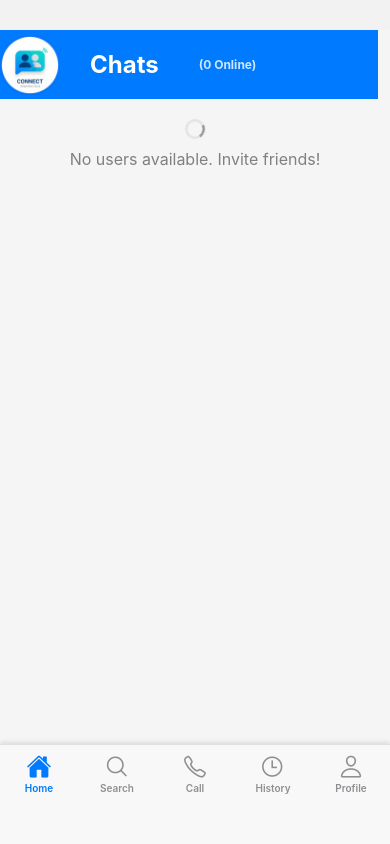
Repository: UdayRaj04/Chatapp_native
Screen: /MainTabs (app in ChatAppFrontend/)
These files come from the project's save history. The screen is drawn as it stood at one moment and after a run of saves; the edit follows.
The app was drawn by React Native's web renderer in a window 390 px wide. The project was rebuilt for these pictures with package versions that can differ from the ones it lists, and the page was loaded fresh each time. Some packages were replaced by stand-ins written for this rebuild. Also part of the build but not shown: ChatAppFrontend/screens/RegisterScreen.tsx, ChatAppFrontend/screens/ChatScreen.tsx, ChatAppFrontend/screens/SearchScreen.tsx, ChatAppFrontend/screens/AnalyticsScreen.tsx, ChatAppFrontend/screens/HistoryScreen.tsx, ChatAppFrontend/screens/ProfileScreen.tsx.

Above is the screen before, as saved 2025-09-09 17:56:58.

### ChatAppFrontend/App.tsx
import 'react-native-get-random-values';  // Polyfill first
import React from 'react';
import { NavigationContainer } from '@react-navigation/native';
import { createStackNavigator } from '@react-navigation/stack';
import { createBottomTabNavigator } from '@react-navigation/bottom-tabs';
import { Ionicons } from '@expo/vector-icons';
import { LogBox, View } from 'react-native';
import { SafeAreaProvider } from 'react-native-safe-area-context';  // New: For dynamic insets

// Suppress warnings
LogBox.ignoreLogs([
  'Text strings must be rendered within a <Text> component',
  'VirtualizedList: You have a large list that is slow to initial render',
  'Require cycle:',
  /Warning: [A-Za-z ]*Text strings[A-Za-z ]*/,
]);

// Your existing screens
import LoginScreen from './screens/LoginScreen';
import RegisterScreen from './screens/RegisterScreen';
import ChatListScreen from './screens/ChatListScreen';
import ChatScreen from './screens/ChatScreen';

// Placeholder screens (ensure they exist)
import SearchScreen from './screens/SearchScreen';
import AnalyticsScreen from './screens/AnalyticsScreen';
import HistoryScreen from './screens/HistoryScreen';
import ProfileScreen from './screens/ProfileScreen';

const Stack = createStackNavigator();
const Tab = createBottomTabNavigator();

// Main Tab Navigator (enhanced with safe area for no overlap)
function MainTabs() {
  return (
    <Tab.Navigator
      screenOptions={({ route }) => ({
        tabBarIcon: ({ focused, color, size }) => {
          let iconName: keyof typeof Ionicons.glyphMap;

          if (route.name === 'Chats') {
            iconName = focused ? 'home' : 'home-outline';
          } else if (route.name === 'Search') {
            iconName = focused ? 'search' : 'search-outline';
          } else if (route.name === 'Call') {
            iconName = focused ? 'call' : 'call-outline';
          } else if (route.name === 'History') {
            iconName = focused ? 'time' : 'time-outline';
          } else {
            iconName = focused ? 'person' : 'person-outline';
          }

          return <Ionicons name={iconName} size={size} color={color} />;
        },
        tabBarActiveTintColor: '#007AFF',
        tabBarInactiveTintColor: '#8e8e93',
        tabBarStyle: {
          backgroundColor: '#f8f8f8',
          borderTopWidth: 0.5,
          borderTopColor: '#e0e0e0',
          elevation: 8,
          shadowColor: '#000',
          shadowOffset: { width: 0, height: -2 },
          shadowOpacity: 0.1,
          shadowRadius: 4,
          height: 100,  // Increased: Taller tab bar (60 was too tight; 70 + labels)
          paddingBottom: 50,  // Reduced top padding for balance
          paddingTop: 5,
          position: 'absolute',  // Explicit: Ensures absolute positioning
          bottom: 0,  // Pin to bottom
          left: 0,
          right: 0,
          marginBottom: 0,  // No extra margin
        },
        tabBarLabelStyle: {
          fontSize: 10,
          fontWeight: '600',
          marginBottom: 0,  // Tight labels
        },
        headerShown: false,
        lazy: true,
        // New: Apply safe area padding to tab screens (prevents overlap)
        cardStyle: { paddingBottom: 0 },  // No extra card padding
      })}
    >
      <Tab.Screen name="Chats" component={ChatListScreen} options={{ title: 'Home' }} />
      <Tab.Screen name="Search" component={SearchScreen} options={{ title: 'Search' }} />
      <Tab.Screen name="Call" component={AnalyticsScreen} options={{ title: 'Call' }} />
      <Tab.Screen name="History" component={HistoryScreen} options={{ title: 'History' }} />
      <Tab.Screen name="Profile" component={ProfileScreen} options={{ title: 'Profile' }} />
    </Tab.Navigator>
  );
}

// Main App - Wrapped in SafeAreaProvider
export default function App() {
  return (
    <SafeAreaProvider>  {/* New: Enables useSafeAreaInsets() */}
      <View style={{ flex: 1 }}>
        <NavigationContainer>
          <Stack.Navigator
            initialRouteName="Login"
            screenOptions={{
              headerShown: false,
              cardStyle: { backgroundColor: '#f5f5f5' },
            }}
          >
            <Stack.Screen name="Login" component={LoginScreen} />
            <Stack.Screen name="Register" component={RegisterScreen} />
            <Stack.Screen name="MainTabs" component={MainTabs} />
            <Stack.Screen
              name="Chat"
              component={ChatScreen}
              options={{
                headerShown: true,
                headerTitle: 'Chat',
                headerStyle: { backgroundColor: '#007AFF' },
                headerTintColor: '#fff',
                presentation: 'modal',
                // Hide tabs in chat to avoid overlap
                tabBarStyle: { display: 'none' },
              }}
            />
          </Stack.Navigator>
        </NavigationContainer>
      </View>
    </SafeAreaProvider>
  );
}

### ChatAppFrontend/screens/LoginScreen.tsx
import React, { useState } from 'react';
import {
  View,
  TextInput,
  TouchableOpacity,
  Text,
  StyleSheet,
  Alert,
  ActivityIndicator,
  KeyboardAvoidingView,
  Platform,
  Image,  // New: For logo
} from 'react-native';
import { Ionicons } from '@expo/vector-icons';  // For input icons
import { useSafeAreaInsets } from 'react-native-safe-area-context';  // For insets (provider in App.tsx)
import { useNavigation } from '@react-navigation/native';  // For navigation
import AsyncStorage from '@react-native-async-storage/async-storage';
import axios, { AxiosError } from 'axios';

const API_BASE = 'http://192.168.29.93:5000/api';

interface LoginResponse {
  token: string;
  user: {
    id?: string;
    _id?: string;
    username: string;
    email: string;
  };
}

export default function LoginScreen() {
  const [email, setEmail] = useState<string>('');
  const [password, setPassword] = useState<string>('');
  const [loading, setLoading] = useState<boolean>(false);
  const [emailError, setEmailError] = useState<string>('');
  const [passwordError, setPasswordError] = useState<string>('');
  const navigation = useNavigation<any>();
  const insets = useSafeAreaInsets();  // Use insets from root provider

  const validateEmail = (email: string): boolean => {
    const emailRegex = /^[^\s@]+@[^\s@]+\.[^\s@]+$/;
    if (!email) {
      setEmailError('Email is required');
      return false;
    }
    if (!emailRegex.test(email)) {
      setEmailError('Invalid email format');
      return false;
    }
    setEmailError('');
    return true;
  };

  const validatePassword = (password: string): boolean => {
    if (!password) {
      setPasswordError('Password is required');
      return false;
    }
    if (password.length < 6) {
      setPasswordError('Password must be at least 6 characters');
      return false;
    }
    setPasswordError('');
    return true;
  };

  const handleLogin = async (): Promise<void> => {
    if (!validateEmail(email) || !validatePassword(password)) return;

    setLoading(true);
    try {
      const response = await axios.post<LoginResponse>(`${API_BASE}/auth/login`, {
        email,
        password,
      });
      await AsyncStorage.setItem('token', response.data.token);
      await AsyncStorage.setItem('user', JSON.stringify(response.data.user));
      navigation.replace('MainTabs');  // Navigate to tabs on success
    } catch (err) {
      const error = err as AxiosError;
      Alert.alert('Login Failed', error.response?.data?.error || 'Invalid credentials');
    } finally {
      setLoading(false);
    }
  };

  return (
    <KeyboardAvoidingView
      style={[styles.container, { paddingTop: insets.top }]}
      behavior={Platform.OS === 'ios' ? 'padding' : 'height'}
      enabled={true}
    >
      {/* Title with Logo */}
      <View style={styles.titleContainer}>
        {/* New: Bigger Logo */}
        <Image
          source={require('../assets/logos.png')}  // Adjust path if needed (e.g., '../../assets/logo.png')
          style={styles.logo}
          resizeMode="contain"
        />
        <Text style={styles.title}>Seamless Chat</Text>
        <Text style={styles.subtitle}>Welcome back! Sign in to continue</Text>
      </View>

      {/* Form */}
      <View style={styles.formContainer}>
        {/* Email Input */}
        <View style={styles.inputContainer}>
          <Ionicons name="mail" size={24} color="#999" style={styles.inputIcon} />
          <TextInput
            style={[styles.input, emailError ? styles.inputError : null]}
            value={email}
            onChangeText={(text) => {
              setEmail(text);
              if (emailError) validateEmail(text);
            }}
            placeholder="Email"
            keyboardType="email-address"
            autoCapitalize="none"
            onBlur={() => validateEmail(email)}
          />
        </View>
        {emailError ? <Text style={styles.errorText}>{emailError}</Text> : null}

        {/* Password Input */}
        <View style={styles.inputContainer}>
          <Ionicons name="lock-closed" size={24} color="#999" style={styles.inputIcon} />
          <TextInput
            style={[styles.input, passwordError ? styles.inputError : null]}
            value={password}
            onChangeText={(text) => {
              setPassword(text);
              if (passwordError) validatePassword(text);
            }}
            placeholder="Password"
            secureTextEntry={true}
            onBlur={() => validatePassword(password)}
          />
        </View>
        {passwordError ? <Text style={styles.errorText}>{passwordError}</Text> : null}

        {/* Login Button */}
        <TouchableOpacity
          style={[styles.button, loading ? styles.buttonDisabled : null]}
          onPress={handleLogin}
          disabled={loading}
          activeOpacity={0.7}
        >
          {loading ? (
            <ActivityIndicator size="small" color="#fff" />
          ) : (
            <Text style={styles.buttonText}>Login</Text>
          )}
        </TouchableOpacity>

        {/* Register Link */}
        <TouchableOpacity
          style={styles.linkContainer}
          onPress={() => navigation.navigate('Register')}
        >
          <Text style={styles.linkText}>Don't have an account? Register</Text>
        </TouchableOpacity>
      </View>
    </KeyboardAvoidingView>
  );
}

const styles = StyleSheet.create({
  container: {
    flex: 1,
    backgroundColor: '#f5f5f5',
    justifyContent: 'center',
    alignItems: 'center',
  },
  titleContainer: {
    alignItems: 'center',
    marginBottom: 50,  // Increased: More space after logo/title to form
  },
  // New: Logo Style (Bigger, Centered)
  logo: {
    width: 120,  // Bigger size - adjust as needed (e.g., 100 for smaller)
    height: 120,
    marginBottom: 20,  // Space between logo and title
    alignSelf: 'center',
  },
  title: {
    fontSize: 32,
    fontWeight: 'bold',
    color: '#333',
    marginBottom: 5,
  },
  subtitle: {
    fontSize: 16,
    color: '#666',
    textAlign: 'center',
  },
  formContainer: {
    width: '85%',  // Responsive width
    alignItems: 'center',
  },
  inputContainer: {
    flexDirection: 'row',
    alignItems: 'center',
    backgroundColor: '#fff',
    borderRadius: 10,
    marginBottom: 15,
    paddingHorizontal: 15,
    elevation: 2,
    shadowColor: '#000',
    shadowOffset: { width: 0, height: 1 },
    shadowOpacity: 0.1,
    shadowRadius: 2,
    width: '100%',
  },
  inputIcon: {
    marginRight: 10,
  },
  input: {
    flex: 1,
    paddingVertical: 12,
    fontSize: 16,
    color: '#333',
  },
  inputError: {
    borderWidth: 1,
    borderColor: '#ff6b6b',
  },
  errorText: {
    color: '#ff6b6b',
    fontSize: 12,
    marginBottom: 10,
    alignSelf: 'flex-start',
  },
  button: {
    backgroundColor: '#007AFF',
    borderRadius: 10,
    paddingVertical: 15,
    width: '100%',
    alignItems: 'center',
    marginTop: 10,
    elevation: 2,
    shadowColor: '#007AFF',
    shadowOffset: { width: 0, height: 2 },
    shadowOpacity: 0.2,
    shadowRadius: 4,
  },
  buttonDisabled: {
    backgroundColor: '#ccc',
  },
  buttonText: {
    color: '#fff',
    fontSize: 18,
    fontWeight: 'bold',
  },
  linkContainer: {
    marginTop: 20,
    alignItems: 'center',
  },
  linkText: {
    color: '#007AFF',
    fontSize: 16,
    textDecorationLine: 'underline',
  },
});

### ChatAppFrontend/screens/ChatListScreen.tsx
import React, { useState, useEffect } from 'react';
import {
  View,
  FlatList,
  Text,
  TouchableOpacity,
  StyleSheet,
  Alert,
  ActivityIndicator,
  Image,
} from 'react-native';
import { Ionicons } from '@expo/vector-icons';  // New: For user icons (person-circle)
import { useSafeAreaInsets } from 'react-native-safe-area-context';  // From previous (for padding)
import AsyncStorage from '@react-native-async-storage/async-storage';
import axios, { AxiosError } from 'axios';
import io, { Socket } from 'socket.io-client';

const API_BASE = 'http://192.168.29.93:5000/api';

interface User {
  _id: string;
  id?: string;
  username: string;
  email: string;
}

export default function ChatListScreen({ navigation }: { navigation: any }) {
  const [users, setUsers] = useState<User[]>([]);
  const [loading, setLoading] = useState<boolean>(true);
  const [currentUser, setCurrentUser] = useState<User | null>(null);
  const [socket, setSocket] = useState<Socket | null>(null);
  const [onlineUsers, setOnlineUsers] = useState<Set<string>>(new Set());

  // Safe area for dynamic padding (from previous)
  const insets = useSafeAreaInsets();
  const bottomPadding = Math.max(120, insets.bottom + 70);

  useEffect(() => {
    loadUser();
    fetchUsers();

    const initSocket = async () => {
      const token = await AsyncStorage.getItem('token');
      if (token) {
        const newSocket = io(API_BASE.replace('/api', ''), {
          auth: { token },
        });
        setSocket(newSocket);
        newSocket.on('connect_error', () => Alert.alert('Socket Error', 'Connection failed'));

        newSocket.on('userOnline', (data) => {
          console.log('User online:', data.userId);
          setOnlineUsers((prev) => new Set([...prev, data.userId]));
        });

        newSocket.on('userOffline', (data) => {
          console.log('User offline:', data.userId);
          setOnlineUsers((prev) => {
            const newSet = new Set(prev);
            newSet.delete(data.userId);
            return newSet;
          });
        });

        newSocket.on('onlineUsersList', (data) => {
          console.log('Initial online users:', data.onlineUsers);
          setOnlineUsers(new Set(data.onlineUsers));
        });

        newSocket.on('connect', () => {
          console.log('Socket connected - requesting online users');
          newSocket.emit('getOnlineUsers');
        });
      }
    };
    initSocket();

    return () => {
      socket?.disconnect();
    };
  }, []);

  const loadUser = async (): Promise<void> => {
    const userStr = await AsyncStorage.getItem('user');
    if (userStr) {
      setCurrentUser(JSON.parse(userStr));
    }
    setLoading(false);
  };

  const fetchUsers = async (): Promise<void> => {
    const token = await AsyncStorage.getItem('token');
    if (!token) return;
    try {
      const response = await axios.get<User[]>(`${API_BASE}/users`, {
        headers: { Authorization: `Bearer ${token}` },
      });
      const validUsers = response.data.filter(u =>
        u && u.username && (u._id || u.id) && typeof u.username === 'string'
      );
      setUsers(validUsers);
    } catch (err) {
      const error = err as AxiosError;
      Alert.alert('Error', error.response?.data?.error || 'Failed to load users');
    }
  };

  const startChat = (otherUser: User): void => {
    const userId = otherUser.id || otherUser._id;
    console.log('Starting chat with userId:', userId);
    if (!userId) {
      Alert.alert('Error', 'Invalid user data');
      return;
    }
    navigation.navigate('Chat', {
      otherUserId: userId,
      otherUserName: otherUser.username,
    });
  };

  const renderUser = ({ item }: { item: User }): JSX.Element => {
    if (!item || !item.username || !(item._id || item.id)) {
      return (
        <View style={styles.userItem}>
          <View style={styles.userContent}>
            <Text style={styles.username}>Invalid user entry</Text>
          </View>
        </View>
      );
    }
    const userId = item.id || item._id;
    const isOnline = onlineUsers.has(userId);
    const userIdShort = userId.substring(0, 8) + '...';
    return (
      <TouchableOpacity onPress={() => startChat(item)} style={styles.userItem} activeOpacity={0.7}>
        <View style={styles.userContent}>
          {/* New: User icon on left */}
          <View style={styles.iconContainer}>
            <Ionicons
              name="person-circle"
              size={50}
              color={isOnline ? '#007AFF' : '#ccc'}  // Green for online, gray for offline
            />
            {/* Optional: Small online dot (green circle below icon) */}
            {isOnline && (
              <View style={styles.onlineDot} />
            )}
          </View>
          {/* Text content on right */}
          <View style={styles.textContent}>
            <Text style={styles.username}>{item.username}</Text>
            {isOnline && <Text style={styles.onlineBadge}>Online</Text>}
            <Text style={styles.idText}>{"(ID: " + userIdShort + ")"}</Text>
          </View>
        </View>
      </TouchableOpacity>
    );
  };

  const renderEmpty = (): JSX.Element => (
    <View style={[styles.emptyContainer, { paddingBottom: bottomPadding }]}>
      <ActivityIndicator size="small" color="#999" />
      <Text style={styles.emptyText}>No users available. Invite friends!</Text>
    </View>
  );

  if (loading) {
    return (
      <View style={styles.loadingContainer}>
        <ActivityIndicator size="large" color="#0000ff" />
        <Text style={styles.loadingText}>Loading chats...</Text>
      </View>
    );
  }

  return (
    <View style={styles.container}>
      <View style={{
  flexDirection: 'row',       // 👈 Arrange items in a row
  alignItems: 'center',       // 👈 Vertically center icon & text
  marginRight: 12,
  backgroundColor: '#007AFF',
}}>
  <Image
    source={require('../assets/logos.png')}
    style={{ height: 60, width: 60, marginRight: 10 }}  // 👈 space between logo & text
  />
  <Text style={styles.title}>
    Chats
  </Text>
  <Text style={styles.title1}>
    ({onlineUsers.size} Online)
  </Text>
</View>
      <FlatList
        data={users}
        keyExtractor={(item, index) => (item._id || item.id || index.toString())}
        renderItem={renderUser}
        ListEmptyComponent={renderEmpty}
        contentContainerStyle={[styles.listContent, { paddingBottom: bottomPadding }]}
        style={{ flex: 1 }}
        keyboardShouldPersistTaps="handled"
        bounces={true}
        showsVerticalScrollIndicator={true}
        initialNumToRender={10}
        maxToRenderPerBatch={5}
        windowSize={10}
        removeClippedSubviews={true}
        extraData={users}
        getItemLayout={(data, index) => ({ length: 70, offset: 70 * index, index })}
      />
    </View>
  );
}

const styles = StyleSheet.create({
  container: {
    marginTop: 30,
    flex: 1,
    backgroundColor: '#f5f5f5',
  },
  title: {
    fontSize: 24,
    fontWeight: 'bold',
    padding: 20,
    color: '#ffffffff',
    textAlign: 'center',



  },
  title1: {
    fontSize: 12,
    fontWeight: 'bold',
    padding: 20,
    color: '#ffffffce',
    textAlign: 'center',

  },
  loadingContainer: {
    flex: 1,
    justifyContent: 'center',
    alignItems: 'center',
  },
  loadingText: {
    marginTop: 10,
    fontSize: 16,
    color: '#666',
  },
  listContent: {
    paddingHorizontal: 10,
  },
  userItem: {
    backgroundColor: '#fff',
    marginVertical: 5,
    marginHorizontal: 10,
    borderRadius: 10,
    padding: 15,
    elevation: 2,
    shadowColor: '#000',
    shadowOffset: { width: 0, height: 1 },
    shadowOpacity: 0.2,
    shadowRadius: 1.41,
    // New: Taller for icon row
    minHeight: 70,
  },
  userContent: {
    flex: 1,
    flexDirection: 'row',  // New: Row for icon + text
    alignItems: 'center',  // New: Vertical center
  },
  // New: Icon container (left side)
  iconContainer: {
    marginRight: 15,  // Space between icon and text
    position: 'relative',  // For online dot positioning
  },
  // New: Text content wrapper (right side)
  textContent: {
    flex: 1,  // Take remaining space
    flexDirection: 'column',  // Stack username, badge, ID
    justifyContent: 'flex-start',
  },
  username: {
    fontSize: 18,
    fontWeight: 'bold',
    marginBottom: 2,  // Small space before badge/ID
  },
  onlineBadge: {
    fontSize: 12,
    color: '#007AFF',
    fontWeight: 'bold',
    marginBottom: 2,
  },
  idText: {
    fontSize: 12,
    color: 'gray',
  },
  // New: Online status dot (small green circle under icon)
  onlineDot: {
    position: 'absolute',
    bottom: 0,
    right: 0,
    width: 12,
    height: 12,
    borderRadius: 6,
    backgroundColor: '#007AFF',
    borderWidth: 2,
    borderColor: '#fff',  // White border for visibility
  },
  emptyContainer: {
    justifyContent: 'center',
    alignItems: 'center',
    padding: 20,
  },
  emptyText: {
    fontSize: 16,
    color: 'gray',
    textAlign: 'center',
    marginTop: 10,
  },
});

Loaded but not shown: ChatAppFrontend/index.ts (common file)

After the next 8 saves:
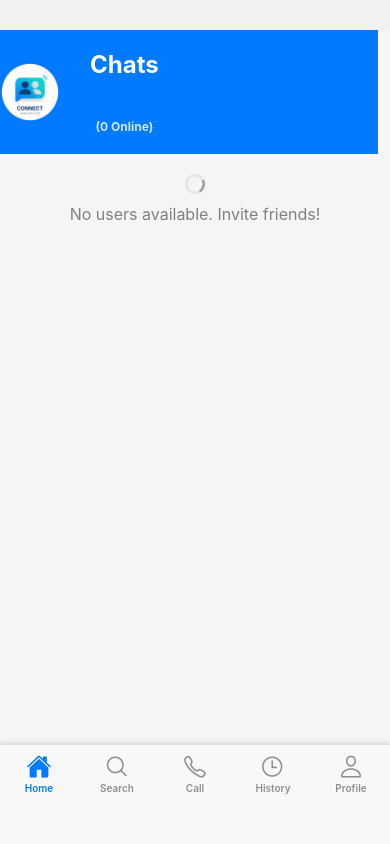
The 8 saves are shown as one change because they came seconds apart.
The last was saved 23 s later.
--- a/ChatAppFrontend/screens/ChatListScreen.tsx
+++ b/ChatAppFrontend/screens/ChatListScreen.tsx
@@ -185,12 +185,14 @@ export default function ChatListScreen({ navigation }: { navigation: any }) {
     source={require('../assets/logos.png')}
     style={{ height: 60, width: 60, marginRight: 10 }}  // 👈 space between logo & text
   />
+  <View style={{ flexDirection: 'column', alignItems: 'center' }}>
   <Text style={styles.title}>
     Chats
   </Text>
   <Text style={styles.title1}>
     ({onlineUsers.size} Online)
   </Text>
+  </View>
 </View>
       <FlatList
         data={users}
